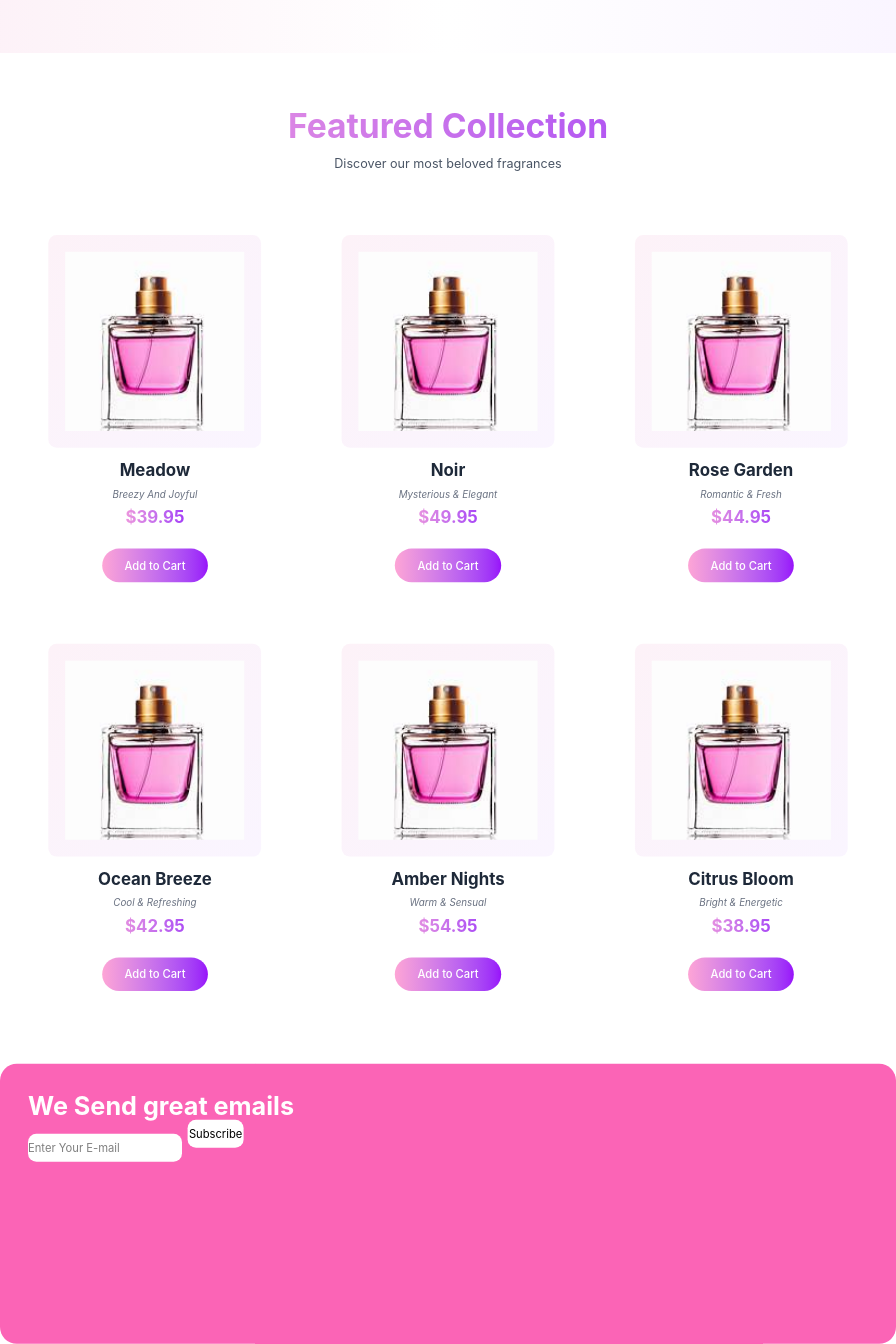
Repository: kiran2k5-ai/E-Commerce-Perfume
Page: /
The author's editor kept a copy of each file at every save. The page is drawn from the files as they stood at one save, then again after the next save.
The browser window is 1280 px wide. The pictures show the part of the page from y = 904 to 2824 px (the page is 2824 px tall), at 70% of full size.
The project was rebuilt for these pictures with package versions that can differ from the ones it lists, and the page was loaded fresh each time. Also part of the build but not shown: vite.config.js.

Above is the page before, as saved 2026-02-04 12:42:59.

### index.html
<!doctype html>
<html lang="en">
  <head>
    <meta charset="UTF-8" />
    <link rel="icon" type="image/svg+xml" href="/vite.svg" />
    <meta name="viewport" content="width=device-width, initial-scale=1.0" />
    <title>perfume-ecommerce</title>
  </head>
  <body>
    <div id="root"></div>
    <script type="module" src="/src/main.jsx"></script>
  </body>
</html>

### src/index.css
@import "tailwindcss";

@layer base {
  * {
    scroll-behavior: smooth;
  }

  body {
    font-family: 'Inter', 'Segoe UI', Tahoma, Geneva, Verdana, sans-serif;
    -webkit-font-smoothing: antialiased;
    -moz-osx-font-smoothing: grayscale;
  }
}

@layer utilities {
  .animate-fade-in {
    animation: fadeIn 1.5s ease-in-out;
  }

  @keyframes fadeIn {
    from {
      opacity: 0;
      transform: translateY(30px);
    }
    to {
      opacity: 1;
      transform: translateY(0);
    }
  }
}

### src/App.jsx
import { useState } from 'react'
import './App.css'
import Navbar from './components/Navbar'
import Home from './pages/Home'

function App() {
  const [count, setCount] = useState(0)

  return (
    <>
      <Navbar></Navbar>
      <Home></Home>
    </>
  )
}

export default App

### src/components/Navbar.jsx
import React from 'react'

const Navbar = () => {
  return (
    <nav className=" fixed w-full bg-pink-100 z-50 left-0 md:px-16 py-4 rounded-4xl">
      <div className="flex items-center justify-between">

        <div className="flex gap-6">
          <a href="#" className="hover:underline">Shop</a>
          <a href="#" className="hover:underline">About</a>
        </div>

        <div className="font-semibold text-2xl">
          Perfume
        </div>

        <div className="flex gap-6">
          <a href="#" className="hover:underline">Blog</a>
          <a href="#" className="hover:underline">Contact</a>
        </div>

      </div>
    </nav>
  )
}

export default Navbar

### src/pages/Home.jsx
import React from 'react'
import { Swiper, SwiperSlide } from "swiper/react";
import { Mousewheel } from "swiper/modules";
import Gridbox from '../components/Gridbox';
import Footer from '../components/Footer';
import "swiper/css";

const Home = () => {
  const products = [
    { id: 1, name: "Meadow", description: "Breezy And Joyful", price: "$39.95", image: "src/images/image2.jpg" },
    { id: 2, name: "Noir", description: "Mysterious & Elegant", price: "$49.95", image: "src/images/image2.jpg" },
    { id: 3, name: "Rose Garden", description: "Romantic & Fresh", price: "$44.95", image: "src/images/image2.jpg" },
    { id: 4, name: "Ocean Breeze", description: "Cool & Refreshing", price: "$42.95", image: "src/images/image2.jpg" },
    { id: 5, name: "Amber Nights", description: "Warm & Sensual", price: "$54.95", image: "src/images/image2.jpg" },
    { id: 6, name: "Citrus Bloom", description: "Bright & Energetic", price: "$38.95", image: "src/images/image2.jpg" },
  ];

  return (
    <>
    {/* Hero Section */}
    <div className='relative h-screen overflow-hidden'>
      <div className="absolute inset-0 bg-gradient-to-br from-pink-200/30 via-purple-200/30 to-blue-200/30"></div>
      <img src="src\images\image3.jpg" alt="Hero" className='mt-10 absolute inset-0 w-full h-full object-cover mix-blend-overlay'/>
      <div className='absolute inset-0 flex flex-col items-center justify-center text-white px-6'>
        <h1 className='text-7xl md:text-7xl font-bold text-center leading-tight mb-6 animate-fade-in'>
          Elevate EveryDay<br />
          Moments To<br />
          <span className='bg-gradient-to-r from-pink-300 to-purple-300 bg-clip-text text-transparent'>Extraordinary</span>
        </h1>
        <p className='text-xl md:text-2xl text-gray-100 mt-4 font-light tracking-wide'>Discover Your Signature Scent</p>
        <button className='mt-10 px-10 py-4 bg-white text-gray-800 rounded-full font-semibold text-lg hover:bg-pink-100 hover:scale-105 transition-all duration-300 shadow-2xl'>
          Explore Collection
        </button>
      </div>
    </div>

    {/* Brand Showcase */}
    <div className="bg-gradient-to-r from-pink-50 via-white to-purple-50 py-20">
      <div className="max-w-7xl mx-auto px-8">
        <h2 className="text-center text-gray-400 uppercase tracking-widest text-sm mb-10 font-semibold">Featured Brands</h2>
        <div className="flex items-center justify-between flex-wrap gap-8 text-gray-700">
          <h1 className="font-light italic text-4xl hover:text-pink-600 transition-colors cursor-pointer">flow</h1>
          <h1 className="font-semibold tracking-wide text-4xl hover:text-pink-600 transition-colors cursor-pointer">NINO</h1>
          <h1 className="font-medium text-4xl hover:text-pink-600 transition-colors cursor-pointer">InTrend</h1>
          <h1 className="font-bold text-4xl hover:text-pink-600 transition-colors cursor-pointer">JUNE</h1>
          <h1 className="font-semibold tracking-widest text-4xl hover:text-pink-600 transition-colors cursor-pointer">ZINE</h1>
          <h1 className="font-extrabold text-4xl hover:text-pink-600 transition-colors cursor-pointer">MAX</h1>
        </div>
      </div>
    </div>

    {/* Featured Products Section */}
    <div className="bg-white py-20">
      <div className="max-w-7xl mx-auto px-8">
        <div className="text-center mb-16">
          <h2 className="text-5xl font-bold bg-gradient-to-r from-pink-300 to-purple-600 bg-clip-text text-transparent mb-4">
            Featured Collection
          </h2>
          <p className="text-gray-600 text-lg">Discover our most beloved fragrances</p>
        </div>

        <div className="grid grid-cols-1 md:grid-cols-2 lg:grid-cols-3 gap-10">
          {products.map((product) => (
            <Gridbox
              key={product.id}
              name={product.name}
              description={product.description}
              price={product.price}
              image={product.image}
            />
          ))}
        </div>
      </div>
    </div>
    <Footer></Footer>

    </>
  )
}

export default Home

### src/components/Gridbox.jsx
import React from 'react'

const Gridbox = ({ image, name, description, price }) => {
  return (
    <div className="group flex flex-col items-center text-center gap-4 p-6 rounded-2xl bg-white hover:shadow-2xl transition-all duration-500 transform hover:-translate-y-2">

      <div className="relative overflow-hidden rounded-xl bg-gradient-to-br from-pink-50 to-purple-50 p-6">
        <img
          src={image}
          alt={name}
          className="w-64 h-64 object-cover transition-transform duration-500 group-hover:scale-110"
        />
        <div className="absolute inset-0 bg-gradient-to-t from-black/10 to-transparent opacity-0 group-hover:opacity-100 transition-opacity duration-300"></div>
      </div>

      <div className="space-y-2">
        <h2 className="text-2xl font-bold text-gray-800">{name}</h2>
        <p className="text-sm text-gray-500 italic">{description}</p>
        <p className="text-2xl font-bold bg-gradient-to-r from-pink-300 to-purple-600 bg-clip-text text-transparent">{price}</p>
      </div>

      <button
        className="mt-3 px-8 py-3 bg-gradient-to-r from-pink-300 to-purple-600 text-white rounded-full hover:shadow-lg hover:scale-105 transition-all duration-300 font-medium"
      >
        Add to Cart
      </button>

    </div>
  )
}

export default Gridbox

### src/components/Footer.jsx
import React from 'react'

const Footer = () => {
  return (
    <div className='flex justify-center'>
      <div className='h-100 w-350 bg-pink-400 rounded-3xl'>
        <div className='mt-10 ml-10 '>
            <h2 className='font-bold text-4xl  text-white'>We Send great emails</h2>
            <div className='flex flex-row gap-2 mt-'>
            <input type="text" className='bg-white rounded-xl w-55 h-10 text-black mt-5' placeholder='Enter Your E-mail'/>
            <button className=' bg-white w-20 h-10 rounded-xl text-black'>Subscribe</button>
            </div>
        </div>
      </div>
    </div>
  )
}

export default Footer

Loaded but not shown: src/main.jsx (common file); src/App.css (common file)

After the next save:
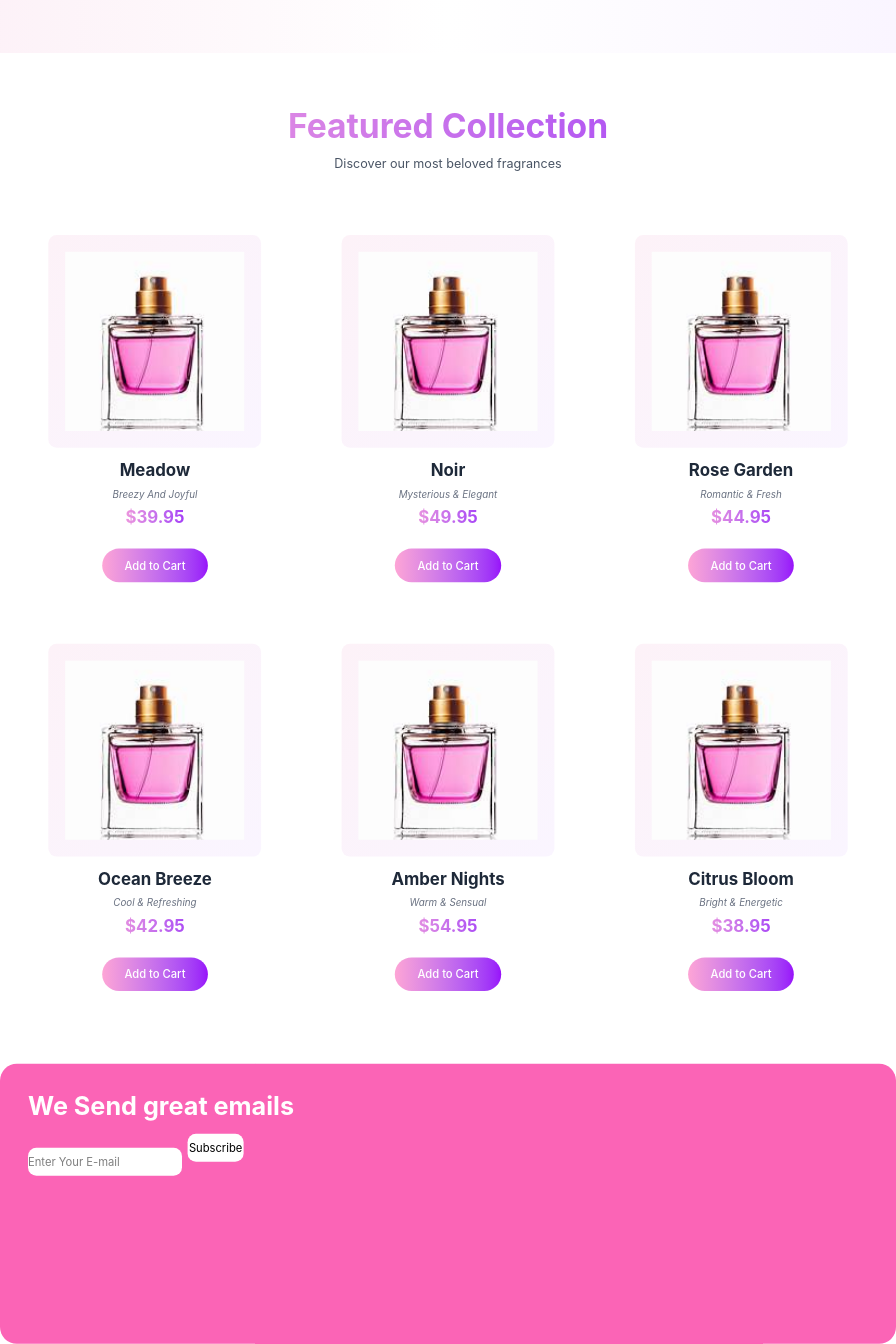
Saved 4 s later.
--- a/src/components/Footer.jsx
+++ b/src/components/Footer.jsx
@@ -6,7 +6,7 @@ const Footer = () => {
       <div className='h-100 w-350 bg-pink-400 rounded-3xl'>
         <div className='mt-10 ml-10 '>
             <h2 className='font-bold text-4xl  text-white'>We Send great emails</h2>
-            <div className='flex flex-row gap-2 mt-'>
+            <div className='flex flex-row gap-2 mt-5'>
             <input type="text" className='bg-white rounded-xl w-55 h-10 text-black mt-5' placeholder='Enter Your E-mail'/>
             <button className=' bg-white w-20 h-10 rounded-xl text-black'>Subscribe</button>
             </div>
